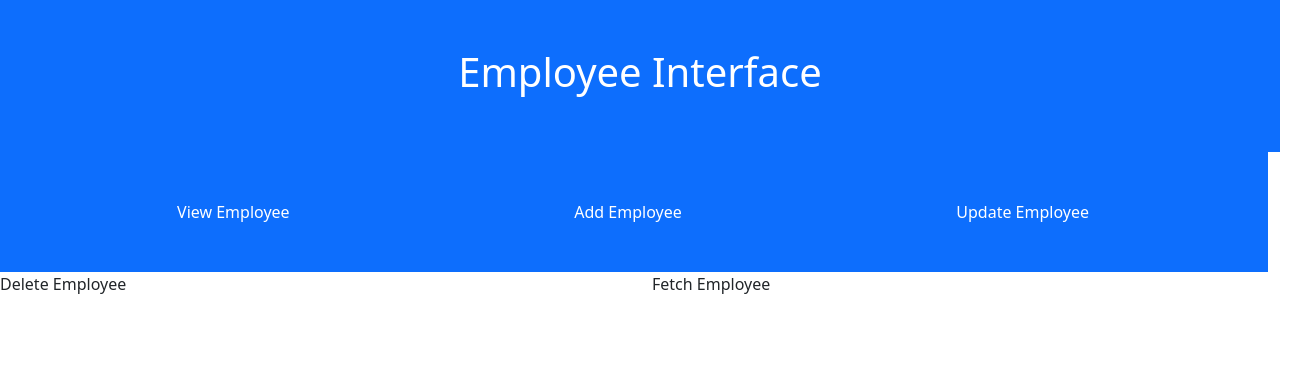
Repository: Rishicollinz/Java_Fullstack
Page: Eclipse 2/jspproject/src/main/webapp/index.html
The author's editor kept a copy of each file at every save. The page is drawn from the files as they stood at one save, then again after the next save.
The browser window is 1280 px wide. The page is 1292 px wide, so the pictures cover 1292 px, including what lies to the right of the window. The pictures show the whole page.

Above is the page before, as saved 2023-05-18 15:22:29.

### Eclipse 2/jspproject/src/main/webapp/index.html
<!DOCTYPE html>
<html>
<head>
<meta charset="UTF-8">
<title>Employee Interface</title>
<meta charset="utf-8">
  <meta name="viewport" content="width=device-width, initial-scale=1">
  <link href="https://cdn.jsdelivr.net/npm/bootstrap@5.2.3/dist/css/bootstrap.min.css" rel="stylesheet">
  <script src="https://cdn.jsdelivr.net/npm/bootstrap@5.2.3/dist/js/bootstrap.bundle.min.js"></script>

</head>
<body>

<div class="container-fluid p-5 bg-primary text-white text-center">
  <h1>Employee Interface</h1>
</div>

<div class="row container-fluid p-5 bg-primary text-white text-center">
  <div class="col">View Employee</div>
  <div class="col">Add Employee</div>
  <div class="col">Update Employee</div>
</div>

<div class="row">
  <div class="col">Delete Employee</div>
  <div class="col">Fetch Employee</div>
</div>

</body>
</html>

After the next save:
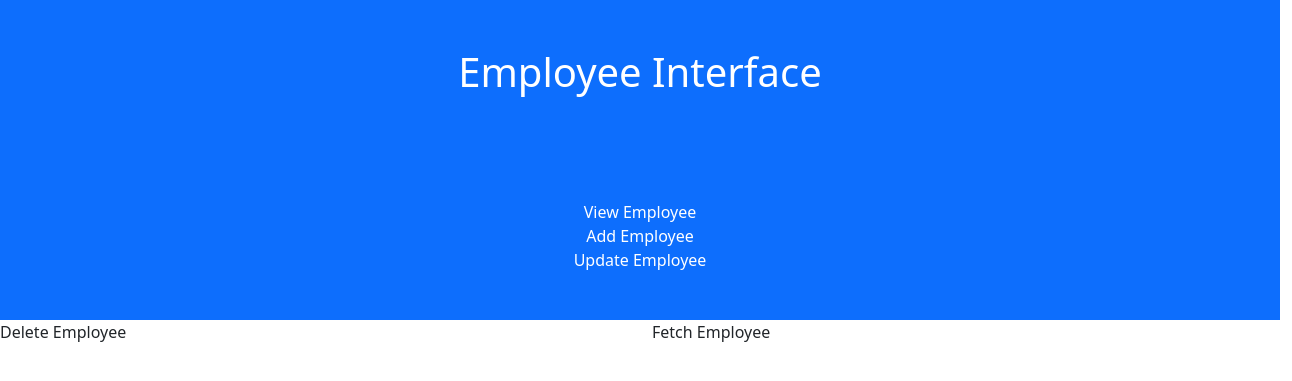
Saved 14 s later.
--- a/Eclipse 2/jspproject/src/main/webapp/index.html
+++ b/Eclipse 2/jspproject/src/main/webapp/index.html
@@ -15,7 +15,7 @@
   <h1>Employee Interface</h1>
 </div>
 
-<div class="row container-fluid p-5 bg-primary text-white text-center">
+<div class="container-fluid p-5 bg-primary text-white text-center">
   <div class="col">View Employee</div>
   <div class="col">Add Employee</div>
   <div class="col">Update Employee</div>
